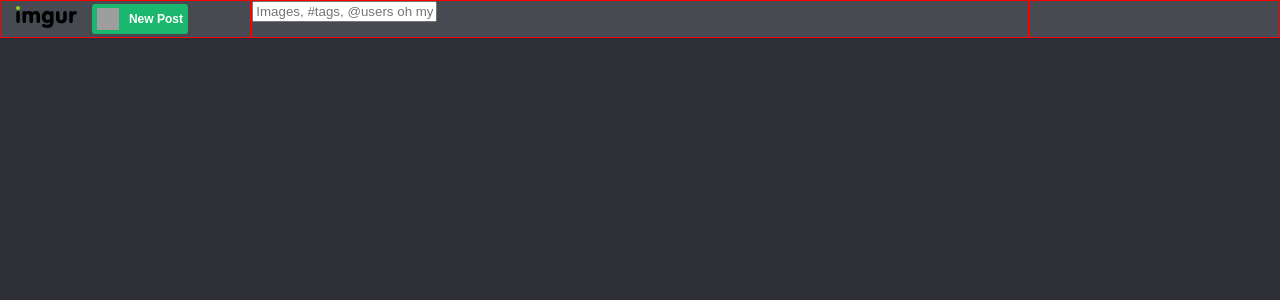
Repository: abhishek-hero/Revision
Page: Day1/Imgur_clone/Html/index.html
An editor plug-in stored every save of this project. The page is shown before and after the next save, followed by the edit.
The browser window is 1280 px wide. The pictures show the whole page.
Pictures or frames that could not be fetched are drawn as grey boxes.

Above is the page before, as saved 2021-12-22 19:19:05.

After the next save:
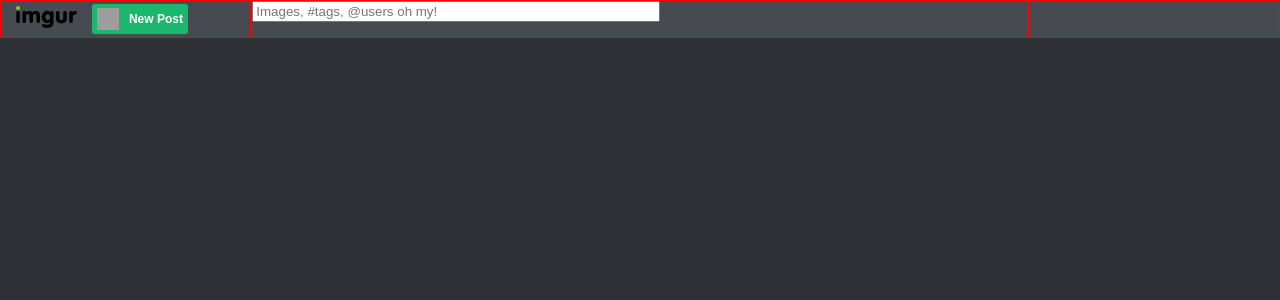
Saved 40 s later.
--- a/Day1/Imgur_clone/Css/style.css
+++ b/Day1/Imgur_clone/Css/style.css
@@ -55,3 +55,8 @@
 .search_div {
     width: 1120px;
 }
+
+.search_div input {
+    width: 400px;
+
+}
